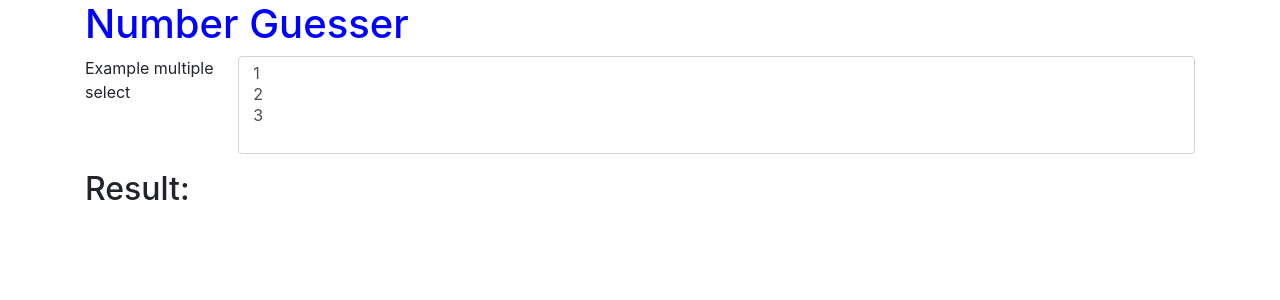
Repository: sanderdebr/cs50
Page: pset8/homepage/index.html
The author's editor kept a record of every edit. The page is drawn from the files as they stood at one moment, then again after the next edit.
The browser window is 1280 px wide. The pictures show the whole page.

Above is the page before.
Console error: TypeError: Cannot read properties of null (reading 'appendChild')

After the next edit:
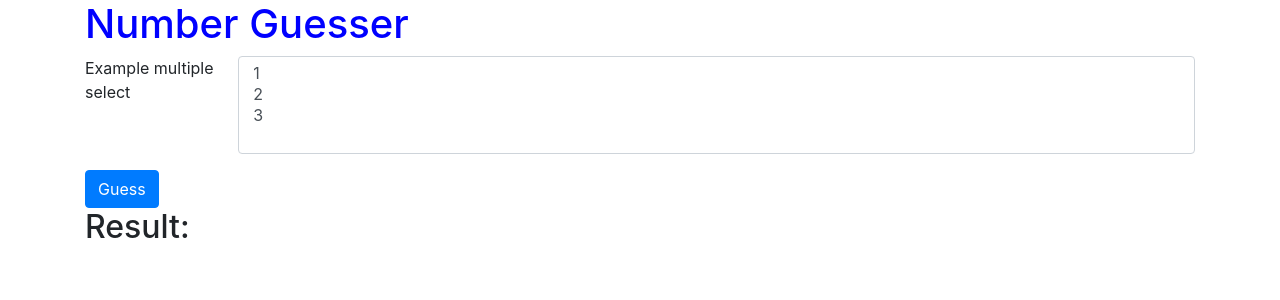
The edit:
--- a/pset8/homepage/index.html
+++ b/pset8/homepage/index.html
@@ -18,6 +18,7 @@
                   <option>3</option>
                 </select>
               </div>
+              <button type="submit" class="btn btn-primary">Guess</button>
             </form>
             <article>
                 <h2>Result: <span id="result"></span></h2>
